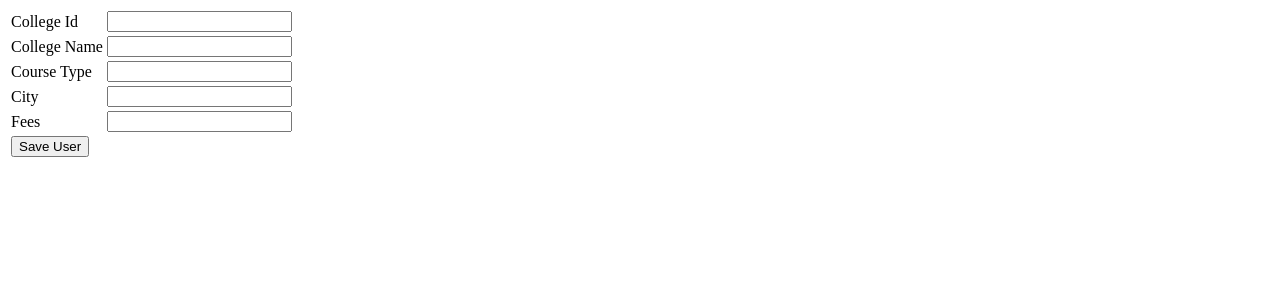
Repository: aamir5773/ServletJsp
Page: http://localhost/ProfessionalCollegee/Registercollege.jsp
The author's editor kept a copy of each file at every save. The page is drawn from the files as they stood at one save, then again after the next save.
The browser window is 1280 px wide. The pictures show the whole page.
The page is served by Tomcat 9.

Above is the page before, as saved 2019-11-01 10:52:27.

After the next save:
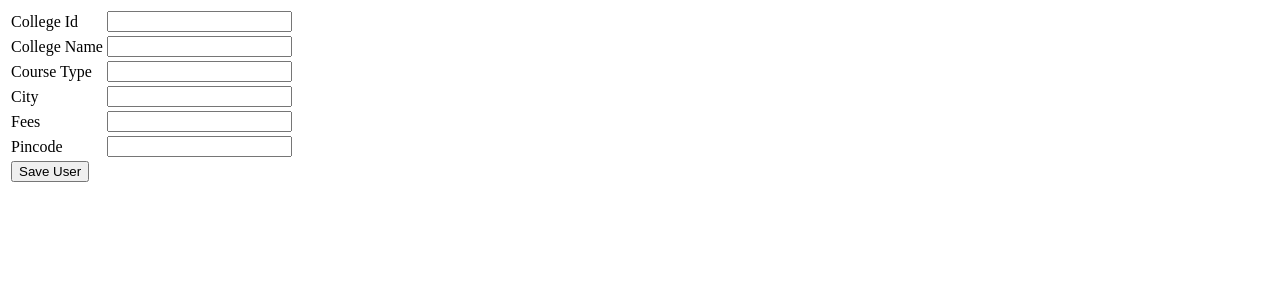
Saved 24 s later.
--- a/ProfessionalCollegee/WebContent/Registercollege.jsp
+++ b/ProfessionalCollegee/WebContent/Registercollege.jsp
@@ -28,6 +28,10 @@
 			</tr>
 			<tr>
 				<td>Fees</td>
+				<td><input type="number" name="fees" id="fees"></td>
+			</tr>
+			<tr>
+				<td>Pincode</td>
 				<td><input type="text" name="fees" id="fees"></td>
 			</tr>
 			<tr>
